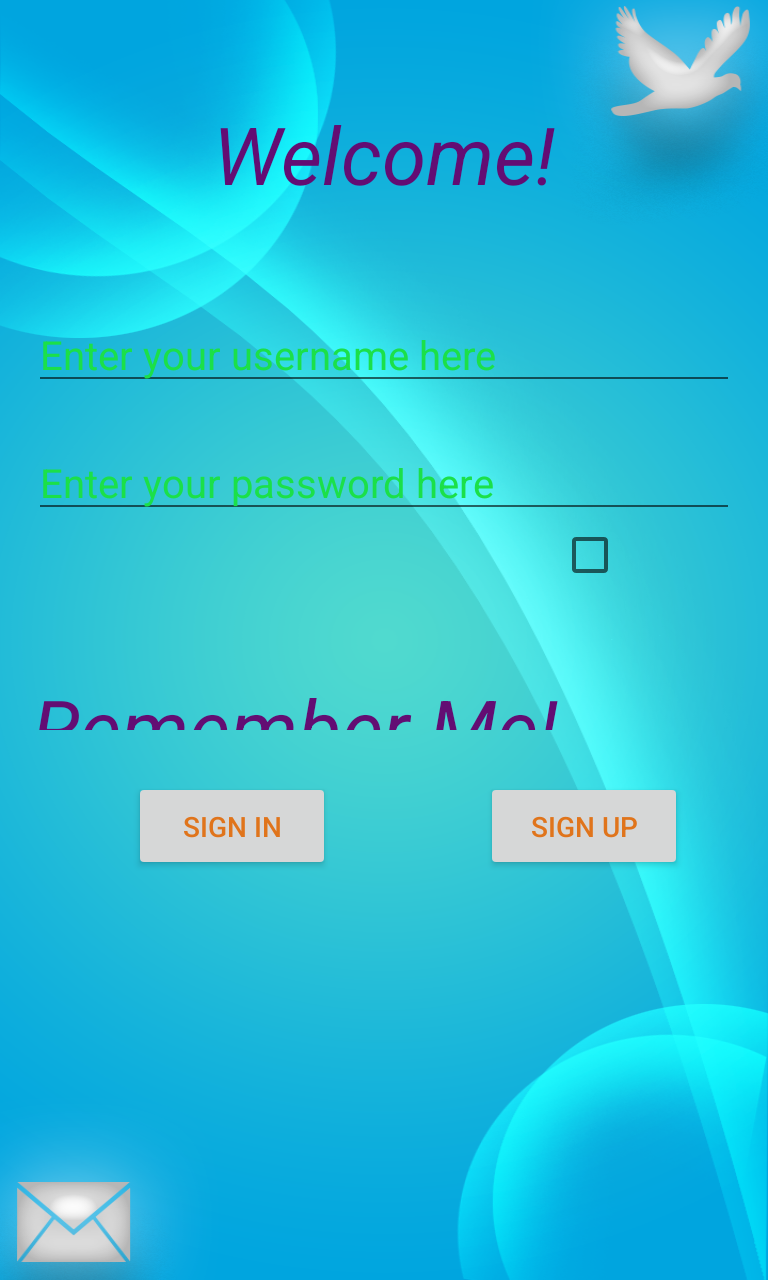
Repository: JodyCoolit/android
Layout: Delivery/res/layout/activity_login.xml
These files come from the project's save history. The layout is drawn as it stood at one moment and after the next save; the edit follows.
It is drawn on a 768 x 1280 px phone screen (xhdpi) without system bars, with theme AppTheme; the app's code is not run.

Above is the layout before, as saved 2014-08-25 02:26:19.

After the next save:
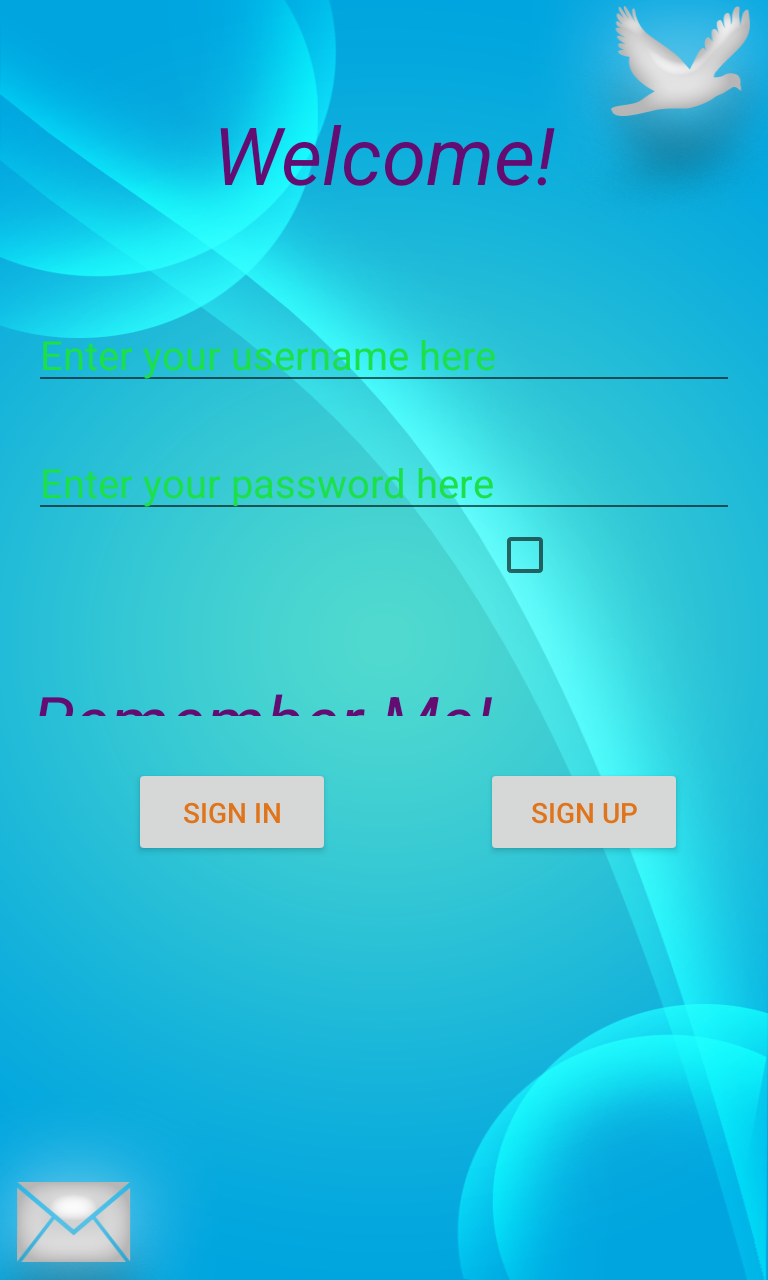
Saved 10 s later.
--- a/Delivery/res/layout/activity_login.xml
+++ b/Delivery/res/layout/activity_login.xml
@@ -50,7 +50,7 @@
         android:layout_width="wrap_content"
         android:layout_height="wrap_content"
         android:text="@string/rememberMe"
-        android:textSize="40sp"
+        android:textSize="35sp"
         android:layout_gravity="center"
         android:textStyle="italic"
         android:textColor="#630D73"
